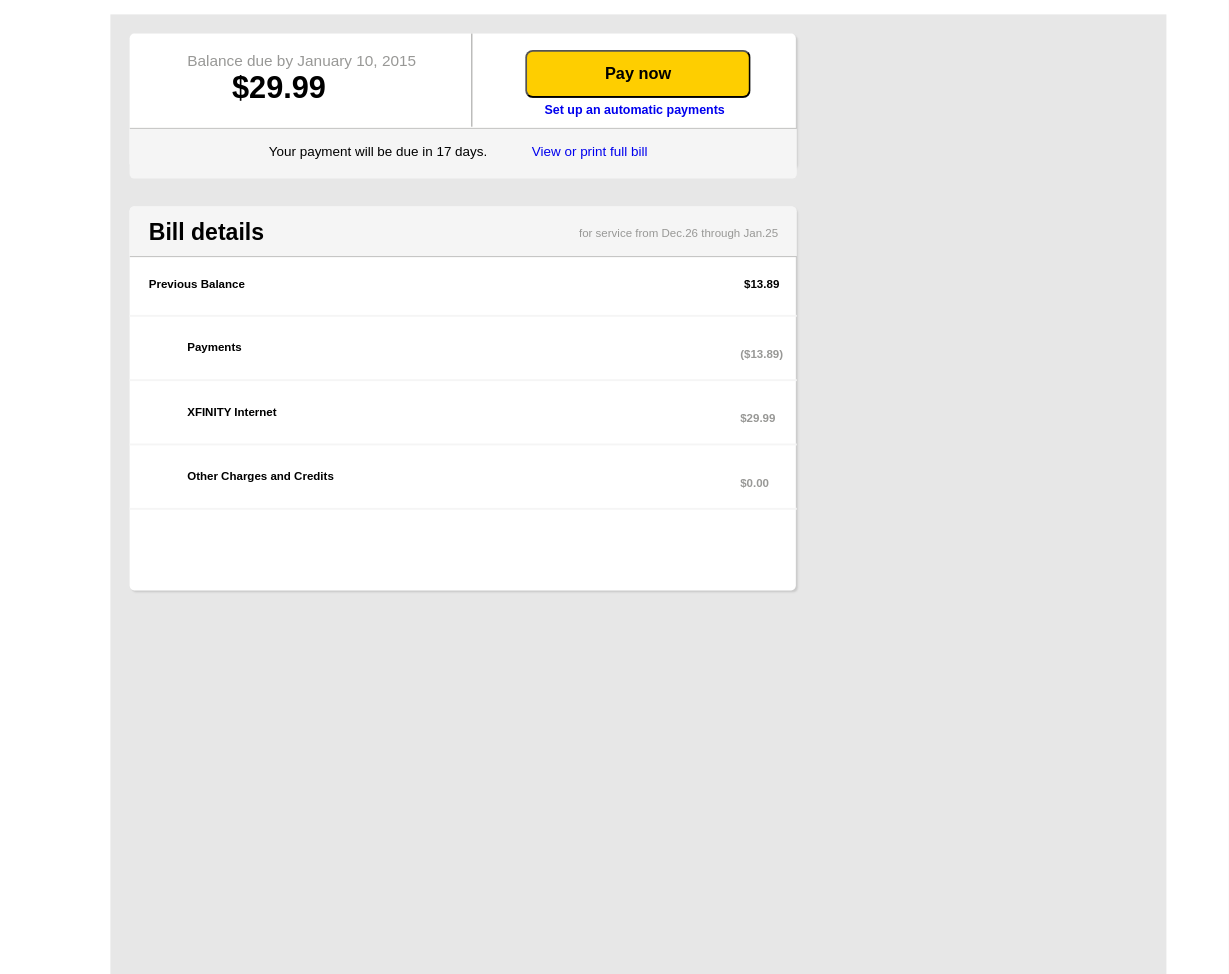
Repository: Sakivaday/UI-TSQ
Page: Aptana Studio 3 Workspace/tsq/assignment3/comcast2.html
These files come from the project's save history. The page is drawn as it stood at one moment and after the next save; the edit follows.
The browser window is 1280 px wide. The pictures show the whole page, at 96% of full size.
Pictures or frames that could not be fetched are drawn as grey boxes.

Above is the page before, as saved 2015-01-21 00:39:41.

After the next save:
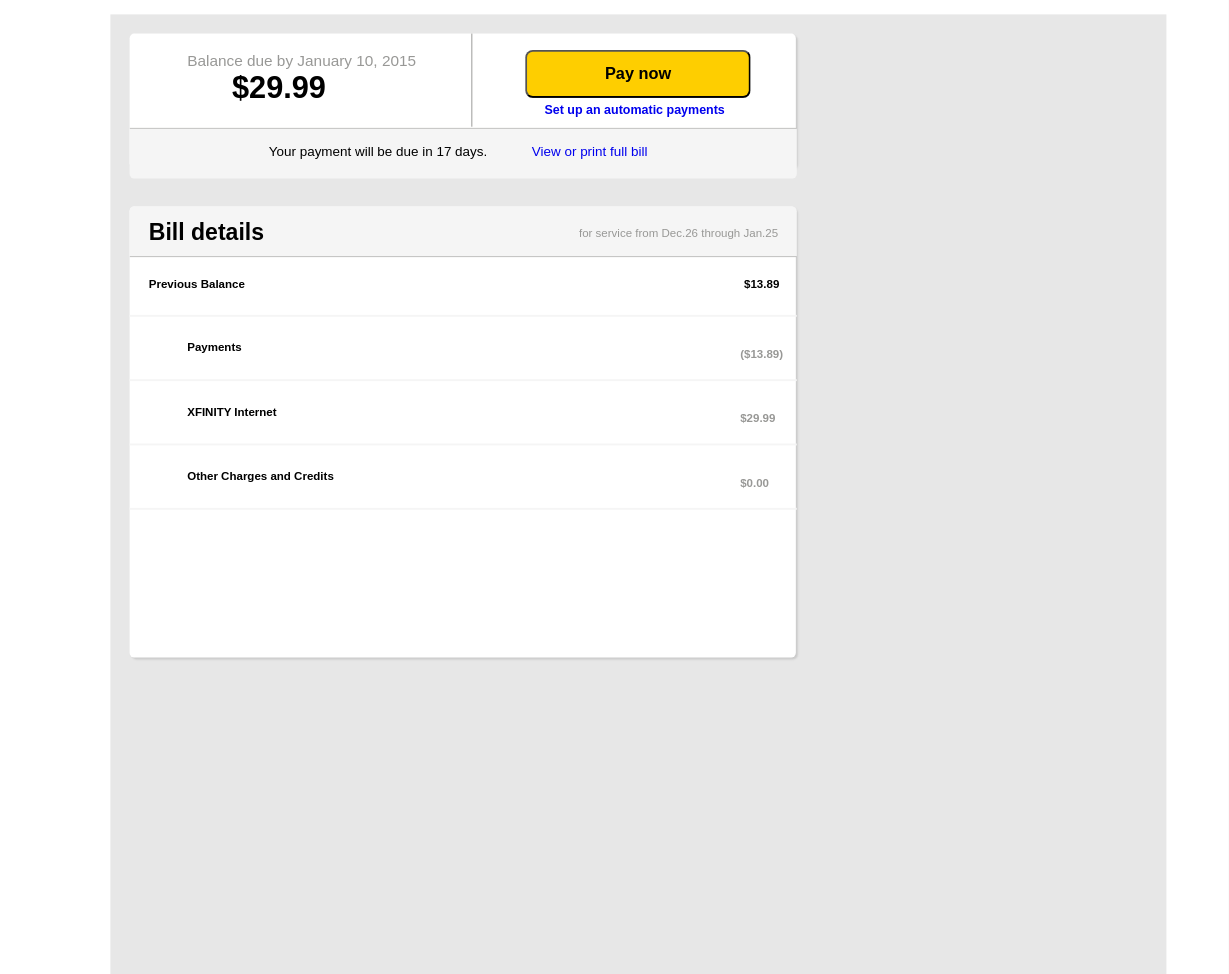
Saved 2 h 11 min later.
--- a/Aptana Studio 3 Workspace/tsq/assignment3/comcst2.css
+++ b/Aptana Studio 3 Workspace/tsq/assignment3/comcst2.css
@@ -86,7 +86,7 @@ button{
 }
 .topleft2{
 	width: 694px;
-	height: 400px;
+	height: 470px;
 	background-color: white;
 	box-shadow: 2px 2px 2px #cacaca;
 	border-radius: 5px;
